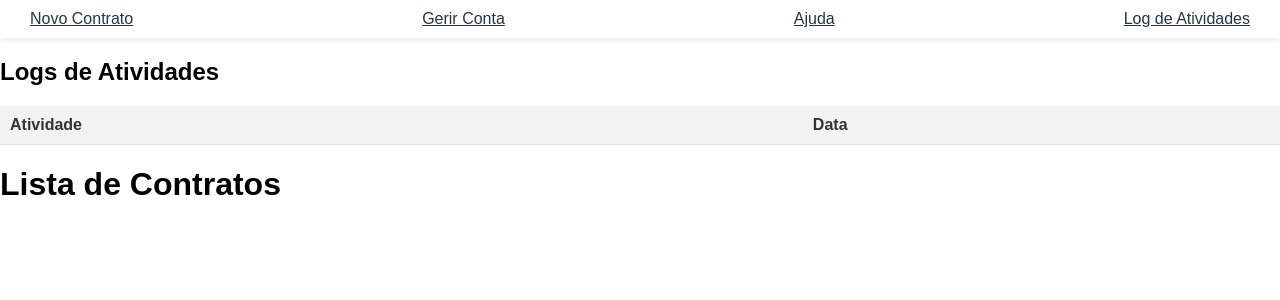
Repository: YuaneCastro/Sistema-de-Gest-o-de-Usu-rios-e-Contratos
Page: tela-principal/tela-principal.html
The author's editor kept a copy of each file at every save. The page is drawn from the files as they stood at one save, then again after the next save.
The browser window is 1280 px wide. The pictures show the whole page.
The page's requests for data from a server got no answer.

Above is the page before, as saved 2024-06-23 10:57:56.
Console error: TypeError: Cannot read properties of null (reading 'addEventListener')

### tela-principal/tela-principal.html
<!DOCTYPE html>
<html lang="en">
<head>
    <meta charset="UTF-8">
    <meta name="viewport" content="width=device-width, initial-scale=1.0">
    <title>Tela Principal</title>
    <link rel="stylesheet" href="/tela-principal/styles-principal.css">
</head>
<body>
    <div class="top-bar">
        <p id="criar-contrato-link" class="clickable">Novo Contrato</p>
        <p id="manage-account-link" class="clickable">Gerir Conta</p>
        <p id="configuracoes-link" class="clickable">Ajuda</p>
        <p id="log-atividades-link" class="clickable">Log de Atividades</p>
    </div>

    <div id="contrato-screen" class="screen">
        <button id="contrato-back-button" class="round-button">Voltar</button>
        <h2>Informações do Contrato</h2>
        <div class="input-group">
            <input type="text" id="titulo" placeholder="Título">
            <input type="date" id="data-termino" placeholder="Data de Término">
        </div>
        <h2>Informações das Partes Envolvidas</h2>
        <div class="input-group">
            <div class="column">
                <label>Parte Contratante</label>
                <input type="text" id="nome-contratante" placeholder="Nome/Firma">
                <input type="text" id="nif-contratante" placeholder="NIF/N.BI">
                <input type="text" id="endereco-contratante" placeholder="Endereço">
            </div>
            <div class="column">
                <label>Parte Contratada</label>
                <input type="text" id="nome-contratada" placeholder="Nome/Firma">
                <input type="text" id="nif-contratada" placeholder="NIF/N.BI">
                <input type="text" id="endereco-contratada" placeholder="Endereço">
            </div>
        </div>
        <button id="next-button">Próximo</button>
    </div>

    <div id="help-screen" class="screen">
        <button id="back-button" class="round-button">Voltar</button>
        <h1>Definições de Conta</h1>
        <p id="update-info-link" class="clickable">Atualizar Informações</p>
        <p>Subscrição</p>
        <p>Preferências</p>
        <p>Segurança</p>
        <p>Outras Opções</p>
        <button id="logout-button">Terminar Sessão</button>
    </div>
    <div id="update-screen" class="screen">
        <button id="update-back-button" class="round-button">Voltar</button>
        <form action="/configuracoes" method="POST" id="update-form">
            <label for="username">Username:</label><br>
            <input type="text" id="username" name="username" required><br><br>
            <label for="email">Email:</label><br>
            <input type="email" id="email" name="email" required><br><br>
            <button type="submit">Atualizar</button>
        </form>
    </div>

    <h2>Logs de Atividades</h2>
<table id="logTable">
    <thead>
        <tr>
            <th>Atividade</th>
            <th>Data</th>
        </tr>
    </thead>
    <tbody id="logTableBody">
        <!-- Logs serão inseridos aqui -->
    </tbody>
</table>

<h1>Lista de Contratos</h1>
<div class="contratos-list" id="contratos-list">
    <!-- Aqui serão inseridos os contratos dinamicamente -->
</div>

    <script src="script-principal.js"></script>
</body>
</html>

### tela-principal/styles-principal.css
body {
    font-family: Arial, sans-serif;
    padding: 0;
    margin: 0;
}

.top-bar {
    background-color: white;
    color: #263546;
    padding: 10px 20px;
    display: flex;
    justify-content: space-between;
    align-items: center;
    box-shadow: 0 2px 4px rgba(0, 0, 0, 0.1);
}

.top-bar p {
    margin: 0 10px;
    cursor: pointer;
    transition: opacity 0.3s ease;
    color: #263546;
}

.top-bar p:hover {
    opacity: 0.8;
}

.flex-container {
    display: flex;
    justify-content: space-between;
}

.flex-item {
    flex: 1;
    padding: 10px;
}

.round-button {
    margin-bottom: 10px;
    padding: 8px 16px;
    background-color: #263546;
    color: white;
    border: none;
    border-radius: 5px;
    cursor: pointer;
}
.contratos-list {
    list-style-type: none;
    padding: 0;
    width: 80%;
}

.contrato-item {
    margin-bottom: 10px;
    padding: 10px;
    border: 1px solid #ccc;
    border-radius: 5px;
    background-color: white;
}
.screen {
    display: none;
    position: absolute;
    background-color: #fff;
    padding: 20px;
    border: 1px solid #ccc;
    box-shadow: 0 0 10px rgba(0,0,0,0.1);
    border-radius: 10px;
}

.screen.active {
    display: block;
}

.clickable {
    cursor: pointer;
    color: #007bff;
    text-decoration: underline;
}

.screen {
    display: none;
    position: absolute;
    background-color: rgb(41, 25, 91);
    padding: 20px;
    border: 1px solid #ccc;
    box-shadow: 0 0 10px rgba(0,0,0,0.1);
    border-radius: 10px;
}

.screen.active {
    display: block;
}

button {
    margin-top: 20px;
    padding: 10px 20px;
    font-size: 16px;
    cursor: pointer;
}

#update-screen input {
    margin-bottom: 10px;
    padding: 5px;
    font-size: 16px;
    width: 100%;
    box-sizing: border-box;
}

.round-button {
    border-radius: 50%;
    padding: 10px;
    width: 50px;
    height: 50px;
    display: flex;
    justify-content: center;
    align-items: center;
}
.input-group {
    display: flex;
    justify-content: space-between;
}

.input-group .column {
    display: flex;
    flex-direction: column;
    margin-right: 20px;
}
#logTable {
    width: 100%;
    border-collapse: collapse;
    margin-top: 20px;
}

#logTable th, #logTable td {
    padding: 10px;
    text-align: left;
    border-bottom: 1px solid #ddd;
}

#logTable th {
    background-color: #f2f2f2;
    color: #333;
}

#logTable tbody tr:nth-child(even) {
    background-color: #f9f9f9;
}

#logTable tbody tr:hover {
    background-color: #e0e0e0;
    cursor: pointer;
}

#logTable tbody td {
    vertical-align: middle;
}
.contratos-list {
    display: flex;
    flex-wrap: wrap;
    justify-content: flex-start;
    gap: 20px;
    margin-top: 20px;
}

.contrato-item {
    width: calc(25% - 20px); /* 25% de largura para cada quadrado */
    background-color: #ffffff;
    padding: 20px;
    border: 1px solid #ccc;
    border-radius: 5px;
    box-shadow: 0 0 10px rgba(0, 0, 0, 0.1);
    transition: transform 0.3s ease-in-out;
}

.contrato-item:hover {
    transform: translateY(-5px);
}

@media (max-width: 1200px) {
    .contrato-item {
        width: calc(33.33% - 20px); /* 33.33% de largura para cada quadrado em telas menores */
    }
}

@media (max-width: 768px) {
    .contrato-item {
        width: calc(50% - 20px); /* 50% de largura para cada quadrado em telas ainda menores */
    }
}

@media (max-width: 576px) {
    .contrato-item {
        width: calc(100% - 20px); /* 100% de largura para cada quadrado em telas pequenas (uma coluna) */
    }
}

body.show-help-screen #help-screen,
body.show-update-screen #update-screen {
    display: block;
}

body.show-help-screen #help-screen {
    z-index: 10;
}

body.show-update-screen #update-screen {
    z-index: 20;
}

### tela-principal/script-principal.js
document.addEventListener('DOMContentLoaded', () => {
    loadContratos();
    carregarLogsAtividades();

    // Link de Novo Contrato
    document.getElementById('criar-contrato-link').addEventListener('click', function() {
        document.getElementById('contrato-screen').classList.add('active');
    });

    // Link de Gerir Conta
    document.getElementById('manage-account-link').addEventListener('click', function() {
        document.getElementById('help-screen').classList.add('active');
    });

    // Voltar da tela de Definições de Conta
    document.getElementById('back-button').addEventListener('click', function() {
        document.getElementById('help-screen').classList.remove('active');
    });

    // Link de Atualizar Informações
    document.getElementById('update-info-link').addEventListener('click', function() {
        document.getElementById('update-screen').classList.add('active');
    });

    // Voltar da tela de Atualizar Informações
    document.getElementById('update-back-button').addEventListener('click', function() {
        document.getElementById('update-screen').classList.remove('active');
    });

    // Voltar da tela de Criação de Contratos
    document.getElementById('contrato-back-button').addEventListener('click', function() {
        document.getElementById('contrato-screen').classList.remove('active');
    });

    // Voltar para a tela inicial da tela de Criação de Contratos
    document.getElementById('contrato-back-to-main-button').addEventListener('click', function() {
        document.getElementById('contrato-screen').classList.remove('active');
    });

    // Link de Log de Atividades
    document.getElementById('log-atividades-link').addEventListener('click', async function() {
        document.getElementById('logs-screen').classList.add('active');
        await carregarLogsAtividades();
    });

    // Voltar da tela de Log de Atividades
    document.getElementById('logs-back-button').addEventListener('click', function() {
        document.getElementById('logs-screen').classList.remove('active');
    });

    // Submissão do formulário de atualização de informações
    document.querySelector('form[action="/configuracoes"]').addEventListener('submit', async function(event) {
        event.preventDefault();

        try {
            const formData = new FormData(this);
            const response = await fetch('/configuracoes', {
                method: 'POST',
                body: formData
            });

            if (!response.ok) {
                throw new Error('Erro ao atualizar informações');
            }

            alert('Informações atualizadas com sucesso!');
            // document.getElementById('update-screen').classList.remove('active'); // Não remover a tela de atualização
            // Adicionar lógica adicional após a atualização, se necessário

        } catch (error) {
            console.error('Erro ao atualizar informações:', error.message);
        }
    });

    async function loadContratos() {
        try {
            const response = await fetch('/contratos', {
                method: 'GET',
                headers: {
                    'Content-Type': 'application/json'
                },
                credentials: 'same-origin'
            });

            if (!response.ok) {
                throw new Error('Erro ao carregar contratos');
            }

            const contratos = await response.json();
            const contratosList = document.getElementById('contratos-list');

            // Limpa a lista atual
            contratosList.innerHTML = '';

            // Adiciona cada contrato como um item de lista
            contratos.forEach((contrato) => {
                const contratoItem = document.createElement('li');
                contratoItem.classList.add('contrato-item');
                contratoItem.innerHTML = `<strong>${contrato.titulo}</strong> - Criado em ${new Date(contrato.data_criacao).toLocaleDateString()}`;
                contratoItem.addEventListener('click', () => {
                    alert(`Contrato: ${contrato.titulo}`);
                });
                contratosList.appendChild(contratoItem);
            });
        } catch (error) {
            console.error('Erro ao carregar contratos:', error.message);
        }
    }

    async function carregarLogsAtividades() {
        try {
            const response = await fetch('/log-atividades');
            if (!response.ok) {
                throw new Error('Erro ao carregar logs de atividades');
            }
            const logs = await response.json();
            const logTableBody = document.getElementById('logTableBody');

            // Limpa a tabela antes de adicionar novos registros
            logTableBody.innerHTML = '';

            logs.forEach(log => {
                const row = document.createElement('tr');
                row.innerHTML = `
                    <td class="tipo-${log.tipo_atividade.toLowerCase()}">${log.tipo_atividade}</td>
                    <td>${new Date(log.data_atividade).toLocaleString()}</td>
                `;
                logTableBody.appendChild(row);
            });
        } catch (error) {
            console.error('Erro ao carregar logs de atividades:', error);
            // Tratar erro: exibir mensagem de erro para o usuário se necessário
        }
    }
    // Botão de Próximo na tela de Criação de Contratos
    document.getElementById('next-button').addEventListener('click', function() {
        alert('Próxima etapa do contrato');
    });
  });

After the next save:
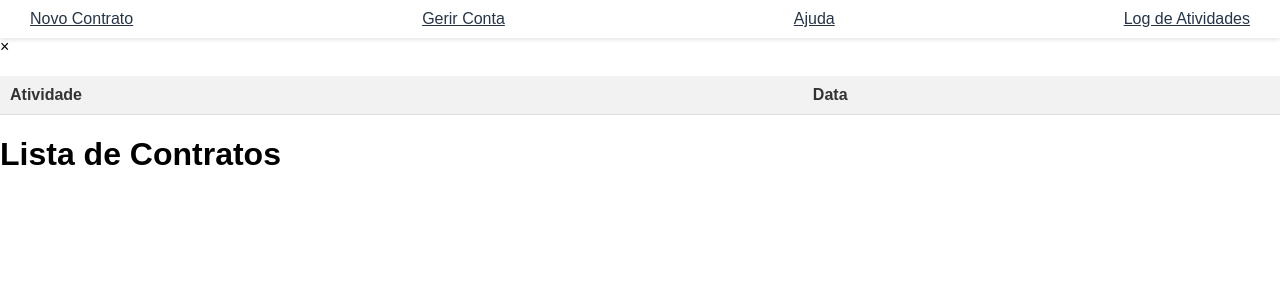
Saved 6 min 30 s later.
--- a/tela-principal/tela-principal.html
+++ b/tela-principal/tela-principal.html
@@ -60,18 +60,22 @@
         </form>
     </div>
 
-    <h2>Logs de Atividades</h2>
-<table id="logTable">
-    <thead>
-        <tr>
-            <th>Atividade</th>
-            <th>Data</th>
-        </tr>
-    </thead>
-    <tbody id="logTableBody">
-        <!-- Logs serão inseridos aqui -->
-    </tbody>
-</table>
+    <div id="logModal" class="modal">
+        <div class="modal-content">
+            <span class="close">&times;</span>
+            <table id="logTable">
+                <thead>
+                    <tr>
+                        <th>Atividade</th>
+                        <th>Data</th>
+                    </tr>
+                </thead>
+                <tbody id="logTableBody">
+                    <!-- Logs serão inseridos aqui -->
+                </tbody>
+            </table>
+        </div>
+    </div>
 
 <h1>Lista de Contratos</h1>
 <div class="contratos-list" id="contratos-list">
